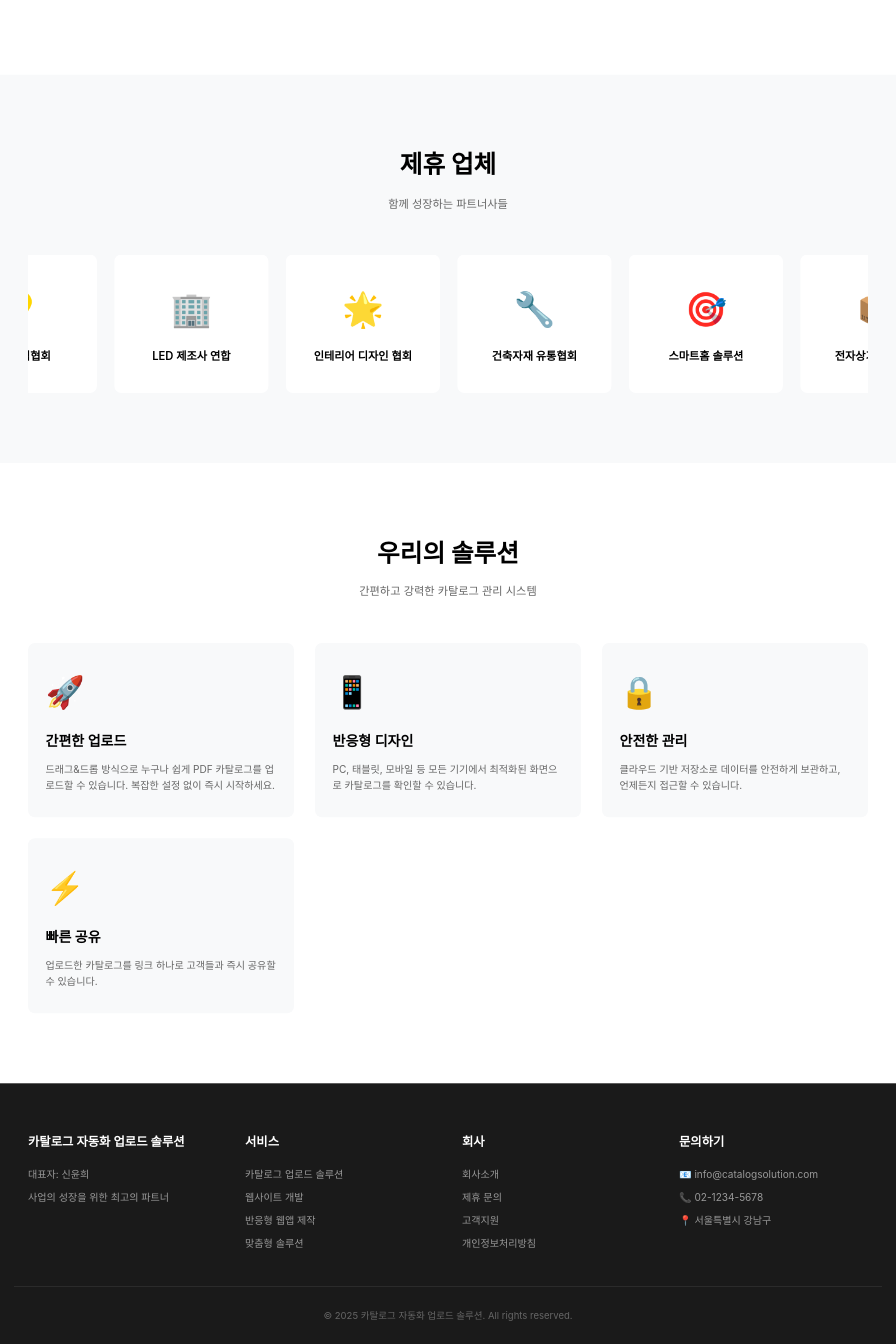
Repository: ororso11/catamaster
Page: index.html
These files come from the project's save history. The page is drawn as it stood at one moment and after a run of saves; the edit follows.
The browser window is 1280 px wide. The pictures show the part of the page from y = 1032 to 2952 px (the page is 2952 px tall), at 70% of full size.

Above is the page before, as saved 2025-10-05 00:07:46.

### index.html
<!DOCTYPE html>
<html lang="ko">
<head>
    <meta charset="UTF-8">
    <meta name="viewport" content="width=device-width, initial-scale=1.0">
    <title>카탈로그 자동화 업로드 솔루션</title>
    <link rel="stylesheet" href="style.css">
</head>
<body>
    <!-- 스크롤 진행 바 -->
    <div class="progress-line" id="progressLine"></div>

    <!-- 실시간 시계 -->
    <div class="time-indicator" id="timeIndicator"></div>

    <!-- Header -->
    <header>
        <div class="header-container">
            <div class="logo">
                <div class="logo-icon">C</div>
                <span>CATALOG</span>
            </div>
            <nav id="mainNav">
                <!-- <a href="#home">Home</a>
                <a href="#solutions">Service</a>
                <a href="#partners">Partners</a>
                <a href="#contact">About</a> -->
            </nav>
            <button class="mobile-menu-btn" onclick="toggleMenu()">☰</button>
        </div>
    </header>

    <!-- Hero Section -->
    <section class="hero" id="home">
        <!-- 떠다니는 입자 -->
        <div class="particles" id="particles"></div>

        <div class="hero-content">
            <h1>카탈로그 제작 시<br>PDF 추가·수정 너무 힘드셨죠?</h1>
            <p class="subtitle">이제 저희가 해결해드릴게요</p>
            <p class="description">해당 솔루션 도입 후 <span class="counter" data-target="90">0</span>% 자동화 및 업무 효율성 개선</p>
            <a href="dashboard.html" class="cta-button">무료 체험하기</a>
        </div>
    </section>

    <!-- Partners Section -->
    <section class="partners" id="partners">
        <h2 class="section-title">제휴 업체</h2>
        <p class="section-subtitle">함께 성장하는 파트너사들</p>

        <div class="partners-slider">
            <div class="partners-track">
                <div class="partner-card">
                    <div class="partner-logo">💡</div>
                    <div class="partner-name">조명산업협회</div>
                </div>
                <div class="partner-card">
                    <div class="partner-logo">🏢</div>
                    <div class="partner-name">LED 제조사 연합</div>
                </div>
                <div class="partner-card">
                    <div class="partner-logo">🌟</div>
                    <div class="partner-name">인테리어 디자인 협회</div>
                </div>
                <div class="partner-card">
                    <div class="partner-logo">🔧</div>
                    <div class="partner-name">건축자재 유통협회</div>
                </div>
                <div class="partner-card">
                    <div class="partner-logo">🎯</div>
                    <div class="partner-name">스마트홈 솔루션</div>
                </div>
                <div class="partner-card">
                    <div class="partner-logo">📦</div>
                    <div class="partner-name">전자상거래 플랫폼</div>
                </div>
                <div class="partner-card">
                    <div class="partner-logo">🏭</div>
                    <div class="partner-name">제조업 협회</div>
                </div>
                <div class="partner-card">
                    <div class="partner-logo">🛠️</div>
                    <div class="partner-name">산업용품 유통사</div>
                </div>
                <!-- 복제 -->
                <div class="partner-card">
                    <div class="partner-logo">💡</div>
                    <div class="partner-name">조명산업협회</div>
                </div>
                <div class="partner-card">
                    <div class="partner-logo">🏢</div>
                    <div class="partner-name">LED 제조사 연합</div>
                </div>
                <div class="partner-card">
                    <div class="partner-logo">🌟</div>
                    <div class="partner-name">인테리어 디자인 협회</div>
                </div>
                <div class="partner-card">
                    <div class="partner-logo">🔧</div>
                    <div class="partner-name">건축자재 유통협회</div>
                </div>
            </div>
        </div>
    </section>

    <!-- Solutions Section -->
    <section class="solutions" id="solutions">
        <h2 class="section-title">우리의 솔루션</h2>
        <p class="section-subtitle">간편하고 강력한 카탈로그 관리 시스템</p>

        <div class="solutions-grid">
            <div class="solution-card">
                <div class="solution-icon">🚀</div>
                <h3>간편한 업로드</h3>
                <p>드래그&드롭 방식으로 누구나 쉽게 PDF 카탈로그를 업로드할 수 있습니다. 복잡한 설정 없이 즉시 시작하세요.</p>
            </div>

            <div class="solution-card">
                <div class="solution-icon">📱</div>
                <h3>반응형 디자인</h3>
                <p>PC, 태블릿, 모바일 등 모든 기기에서 최적화된 화면으로 카탈로그를 확인할 수 있습니다.</p>
            </div>

            <div class="solution-card">
                <div class="solution-icon">🔒</div>
                <h3>안전한 관리</h3>
                <p>클라우드 기반 저장소로 데이터를 안전하게 보관하고, 언제든지 접근할 수 있습니다.</p>
            </div>

            <div class="solution-card">
                <div class="solution-icon">⚡</div>
                <h3>빠른 공유</h3>
                <p>업로드한 카탈로그를 링크 하나로 고객들과 즉시 공유할 수 있습니다.</p>
            </div>
        </div>
    </section>

    <!-- Footer -->
    <footer id="contact">
        <div class="footer-content">
            <div class="footer-section">
                <h3>카탈로그 자동화 업로드 솔루션</h3>
                <p>대표자: 신윤희</p>
                <p>사업의 성장을 위한 최고의 파트너</p>
            </div>

            <div class="footer-section">
                <h3>서비스</h3>
                <a href="#solutions">카탈로그 업로드 솔루션</a>
                <a href="#solutions">웹사이트 개발</a>
                <a href="#solutions">반응형 웹앱 제작</a>
                <a href="#solutions">맞춤형 솔루션</a>
            </div>

            <div class="footer-section">
                <h3>회사</h3>
                <a href="#home">회사소개</a>
                <a href="#partners">제휴 문의</a>
                <a href="#contact">고객지원</a>
                <a href="#contact">개인정보처리방침</a>
            </div>

            <div class="footer-section">
                <h3>문의하기</h3>
                <p>📧 info@catalogsolution.com</p>
                <p>📞 02-1234-5678</p>
                <p>📍 서울특별시 강남구</p>
            </div>
        </div>

        <div class="footer-bottom">
            <p>&copy; 2025 카탈로그 자동화 업로드 솔루션. All rights reserved.</p>
        </div>
    </footer>

    <script src="script.js"></script>
</body>
</html>

### style.css
* {
    margin: 0;
    padding: 0;
    box-sizing: border-box;
}

body {
    font-family: -apple-system, BlinkMacSystemFont, 'Segoe UI', 'Malgun Gothic', sans-serif;
    color: #333;
    line-height: 1.6;
    overflow-x: hidden;
}

/* 스크롤 진행 바 */
.progress-line {
    position: fixed;
    top: 0;
    left: 0;
    height: 3px;
    background: #667eea;
    width: 0%;
    transition: width 0.3s ease;
    z-index: 9999;
}

/* Header */
header {
    background: white;
    padding: 20px 0;
    box-shadow: 0 1px 0 rgba(0,0,0,0.05);
    position: sticky;
    top: 0;
    z-index: 100;
}

.header-container {
    max-width: 1200px;
    margin: 0 auto;
    padding: 0 20px;
    display: flex;
    justify-content: space-between;
    align-items: center;
}

.logo {
    display: flex;
    align-items: center;
    gap: 8px;
    font-size: 1rem;
    font-weight: 600;
    color: #000;
}

.logo-icon {
    width: 35px;
    height: 35px;
    background: #000;
    border-radius: 6px;
    display: flex;
    align-items: center;
    justify-content: center;
    color: white;
    font-size: 1rem;
}

nav {
    display: flex;
    gap: 35px;
    align-items: center;
}

nav a {
    color: #333;
    text-decoration: none;
    font-size: 0.9rem;
    font-weight: 400;
    transition: color 0.3s;
}

nav a:hover {
    color: #666;
}

.mobile-menu-btn {
    display: none;
    background: none;
    border: none;
    font-size: 1.5rem;
    cursor: pointer;
}

/* Hero Section - 심플한 흰색 배경 */
.hero {
    background: white;
    padding: 120px 20px;
    text-align: center;
    position: relative;
    overflow: hidden;
}

.hero-content {
    max-width: 800px;
    margin: 0 auto;
    position: relative;
    z-index: 2;
}

.hero h1 {
    font-size: 2.8rem;
    font-weight: 700;
    margin-bottom: 25px;
    color: #000;
    line-height: 1.4;
}

.hero .subtitle {
    font-size: 1.1rem;
    color: #666;
    margin-bottom: 15px;
    font-weight: 600;
}

.hero .description {
    font-size: 1rem;
    color: #666;
    margin-bottom: 40px;
}

.cta-button {
    display: inline-block;
    padding: 14px 35px;
    background: #667eea;
    color: white;
    text-decoration: none;
    border-radius: 5px;
    font-weight: 500;
    font-size: 0.95rem;
    transition: all 0.3s;
}

.cta-button:hover {
    background: #5568d3;
    transform: translateY(-2px);
}

.cta-button::before {
    content: '→ ';
}

/* 입자 효과 제거 */
.particles {
    display: none;
}

.particle {
    display: none;
}

/* Partners Section */
.partners {
    padding: 100px 20px;
    background: #f8f9fa;
    overflow: hidden;
}

.section-title {
    text-align: center;
    font-size: 2.2rem;
    color: #000;
    margin-bottom: 15px;
    font-weight: 700;
}

.section-subtitle {
    text-align: center;
    color: #666;
    margin-bottom: 60px;
    font-size: 1rem;
}

.partners-slider {
    max-width: 1200px;
    margin: 60px auto 0;
    overflow: hidden;
    position: relative;
}

.partners-track {
    display: flex;
    gap: 25px;
    animation: scroll 30s linear infinite;
}

@keyframes scroll {
    0% {
        transform: translateX(0);
    }
    100% {
        transform: translateX(-50%);
    }
}

.partners-track:hover {
    animation-play-state: paused;
}

.partner-card {
    min-width: 220px;
    background: white;
    padding: 40px 25px;
    border-radius: 10px;
    text-align: center;
    transition: all 0.3s;
    flex-shrink: 0;
}

.partner-card:hover {
    box-shadow: 0 5px 20px rgba(0,0,0,0.1);
    transform: translateY(-5px);
}

.partner-logo {
    font-size: 3rem;
    margin-bottom: 15px;
}

.partner-name {
    font-weight: 600;
    color: #000;
    font-size: 1rem;
}

/* Solutions Section */
.solutions {
    padding: 100px 20px;
    background: white;
}

.solutions-grid {
    max-width: 1200px;
    margin: 0 auto;
    display: grid;
    grid-template-columns: repeat(3, 1fr);
    gap: 30px;
}

.solution-card {
    background: #f8f9fa;
    padding: 35px 25px;
    border-radius: 10px;
    transition: all 0.3s;
}

.solution-card:hover {
    background: #e9ecef;
    transform: translateY(-5px);
}

.solution-icon {
    font-size: 2.8rem;
    margin-bottom: 18px;
}

.solution-card h3 {
    color: #000;
    margin-bottom: 12px;
    font-size: 1.25rem;
    font-weight: 600;
}

.solution-card p {
    color: #666;
    line-height: 1.6;
    font-size: 0.9rem;
}

/* Footer */
footer {
    background: #1a1a1a;
    color: #999;
    padding: 70px 20px 30px;
}

.footer-content {
    max-width: 1200px;
    margin: 0 auto;
    display: grid;
    grid-template-columns: repeat(4, 1fr);
    gap: 40px;
    margin-bottom: 40px;
}

.footer-section h3 {
    margin-bottom: 20px;
    font-size: 1.1rem;
    color: white;
    font-weight: 600;
}

.footer-section p,
.footer-section a {
    color: #999;
    text-decoration: none;
    display: block;
    margin-bottom: 10px;
    font-size: 0.9rem;
    transition: color 0.3s;
}

.footer-section a:hover {
    color: white;
}

.footer-bottom {
    text-align: center;
    padding-top: 30px;
    border-top: 1px solid #333;
    color: #666;
    font-size: 0.85rem;
}

.company-badge {
    position: fixed;
    bottom: 30px;
    right: 30px;
    font-size: 2rem;
    color: #ccc;
    font-weight: 300;
    letter-spacing: 2px;
    font-family: serif;
}

/* Mobile Responsive */
@media (max-width: 768px) {
    nav {
        display: none;
        position: absolute;
        top: 75px;
        left: 0;
        right: 0;
        background: white;
        flex-direction: column;
        padding: 20px;
        box-shadow: 0 5px 20px rgba(0,0,0,0.1);
    }

    nav.active {
        display: flex;
    }

    .mobile-menu-btn {
        display: block;
    }

    .hero h1 {
        font-size: 1.8rem;
    }

    .solutions-grid {
        grid-template-columns: 1fr;
    }

    .footer-content {
        grid-template-columns: 1fr;
    }

    .company-badge {
        display: none;
    }
}

Loaded but not shown: script.js (455 lines, source omitted)

After the next 3 saves:
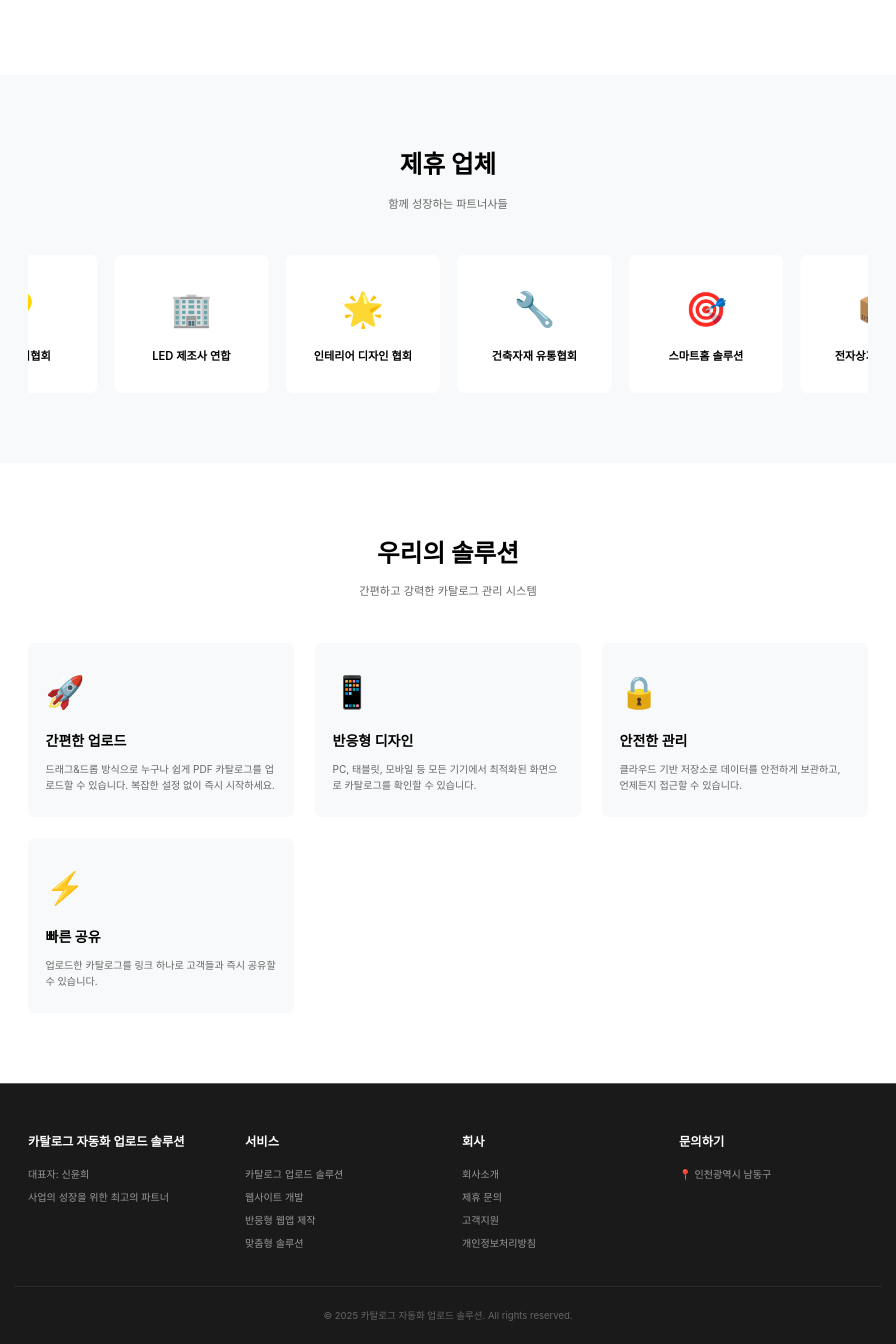
The 3 saves are shown as one change because they came seconds apart.
The last was saved 59 s later.
--- a/index.html
+++ b/index.html
@@ -162,9 +162,9 @@
 
             <div class="footer-section">
                 <h3>문의하기</h3>
-                <p>📧 info@catalogsolution.com</p>
-                <p>📞 02-1234-5678</p>
-                <p>📍 서울특별시 강남구</p>
+                <!-- <p>📧 info@catalogsolution.com</p> -->
+                <!-- <p>📞 02-1234-5678</p> -->
+                <p>📍 인천광역시 남동구</p>
             </div>
         </div>
 
